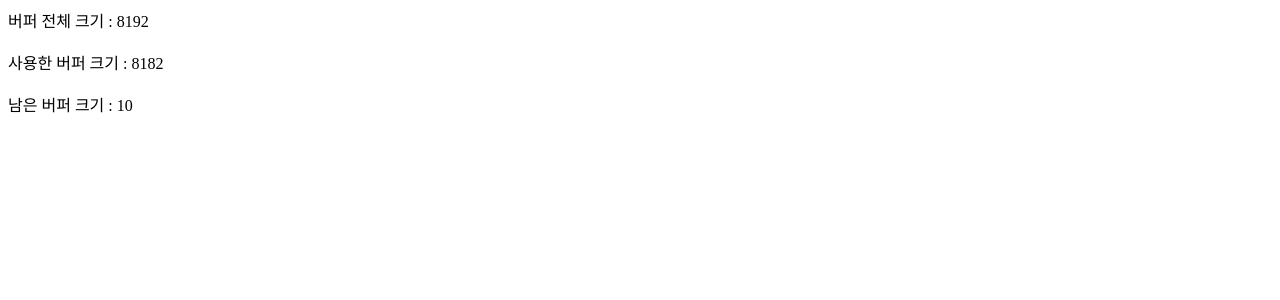
Repository: seminocoe/JSP_STUDY
Page: http://localhost/ServletProject/implicit/bufferEx.jsp
The author's editor kept a copy of each file at every save. The page is drawn from the files as they stood at one save, then again after the next save.
The browser window is 1280 px wide. The pictures show the whole page.
The page is served by Tomcat 9. Nobody is signed in. The application's start-up code is not run. Other server files are loaded and not shown.

Above is the page before, as saved 2022-08-02 04:34:37.

### ServletProject/src/main/webapp/implicit/bufferEx.jsp
<%@ page language="java" contentType="text/html; charset=UTF-8"
    pageEncoding="UTF-8"%>

    <%
    int bufferSize = out.getBufferSize();
    int remainSize = out.getRemaining();

    int usedSize = bufferSize-remainSize;
    %>

<!DOCTYPE html>
<html>
<head>
<meta charset="UTF-8">
<title></title>
</head>
<body>
버퍼 전체 크기 : <%= bufferSize %><br><br>
사용한 버퍼 크기 : <%= remainSize %><br><br>
남은 버퍼 크기 : <%= usedSize %>
</body>
</html>

After the next save:
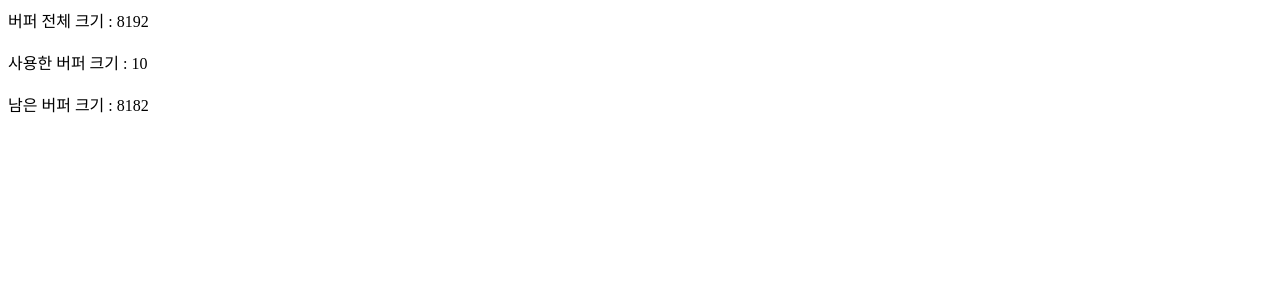
Saved 16 s later.
--- a/ServletProject/src/main/webapp/implicit/bufferEx.jsp
+++ b/ServletProject/src/main/webapp/implicit/bufferEx.jsp
@@ -16,7 +16,7 @@
 </head>
 <body>
 버퍼 전체 크기 : <%= bufferSize %><br><br>
-사용한 버퍼 크기 : <%= remainSize %><br><br>
-남은 버퍼 크기 : <%= usedSize %>
+사용한 버퍼 크기 : <%= usedSize %><br><br>
+남은 버퍼 크기 : <%= remainSize %>
 </body>
 </html>
